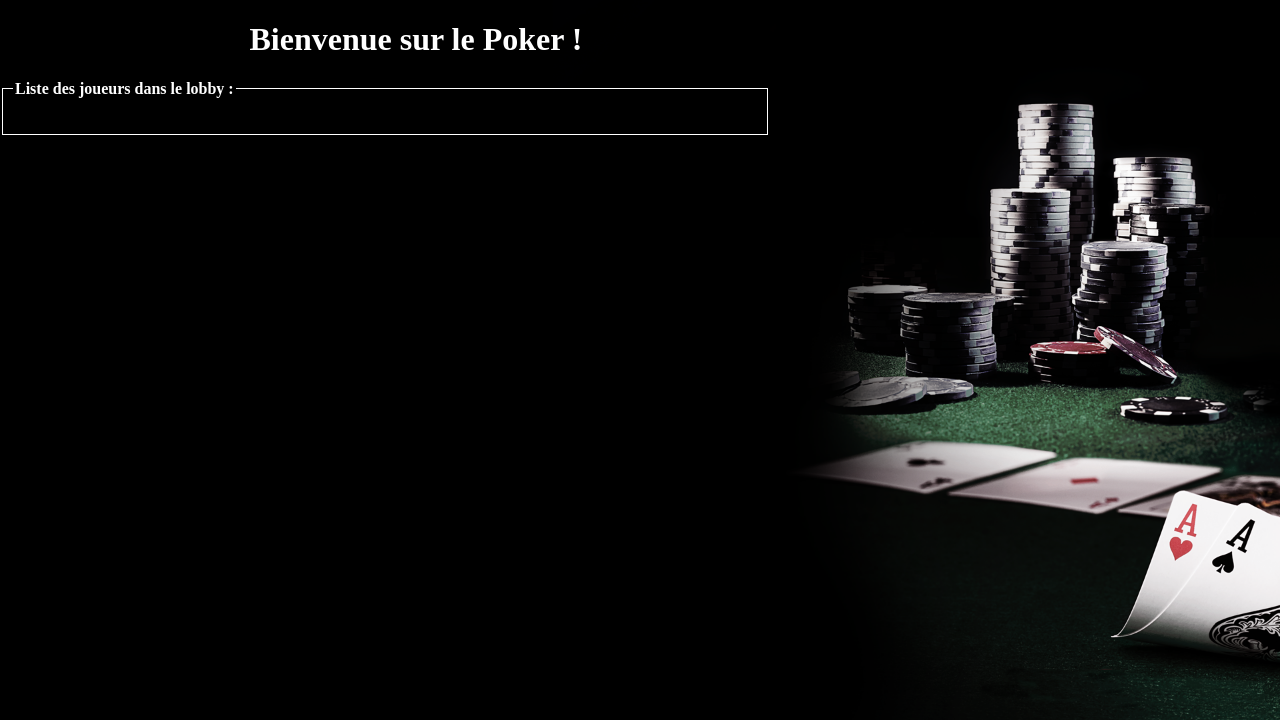
Repository: alecorguill/pfa
Page: http://localhost/neoblik/lobby?game=Poker
An editor plug-in stored every save of this project. The page is shown before and after the next save, followed by the edit.
The browser window is 1280 px wide. The pictures show the whole page.
The page is served by Tomcat 9.

Above is the page before, as saved 2017-02-23 17:58:20.

After the next save:
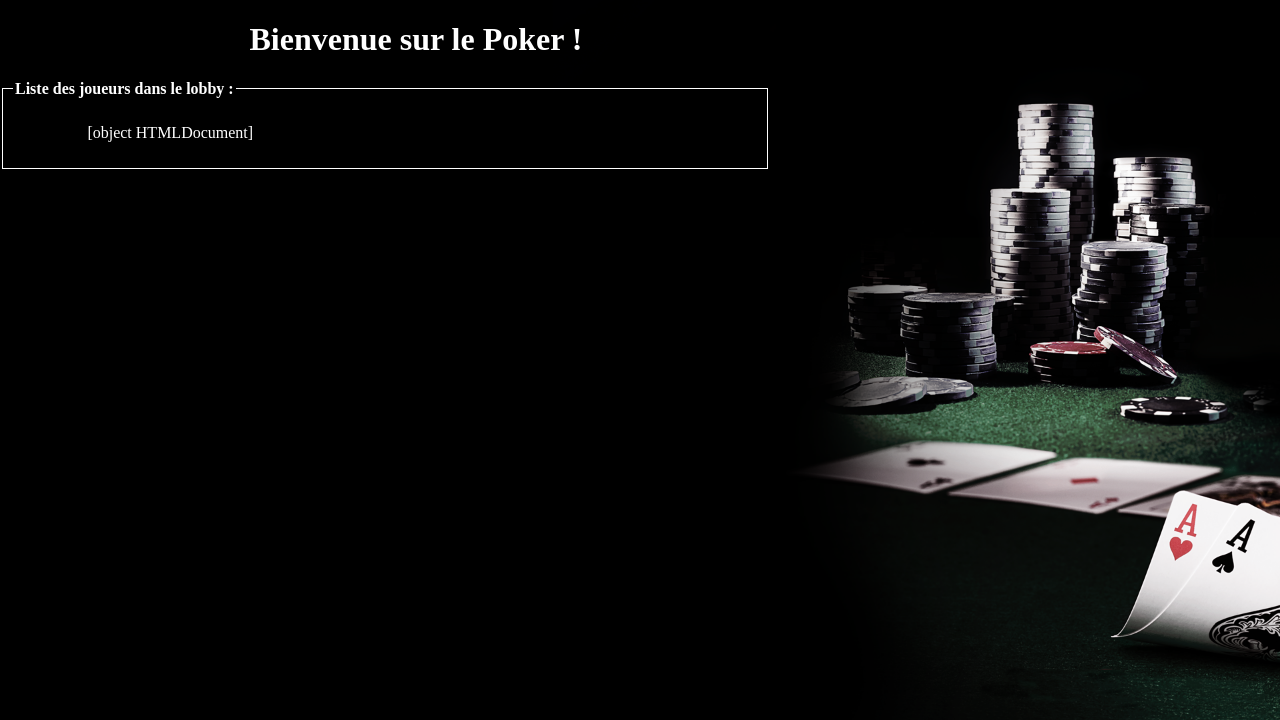
Saved 60 s later.
--- a/neoblik/neoblik/WebContent/WEB-INF/lobby.jsp
+++ b/neoblik/neoblik/WebContent/WEB-INF/lobby.jsp
@@ -29,8 +29,7 @@
 
 	        if (xhr.readyState === XMLHttpRequest.DONE && xhr.status === 200) { // Si le fichier est chargé sans erreur
 
-	        	console.log(xhr.reponseXML);
-	            document = xhr.response;
+	            document.getElementById('player_list').innerHTML = xhr.response;
 
 
 	        }

After the 2 saves that followed:
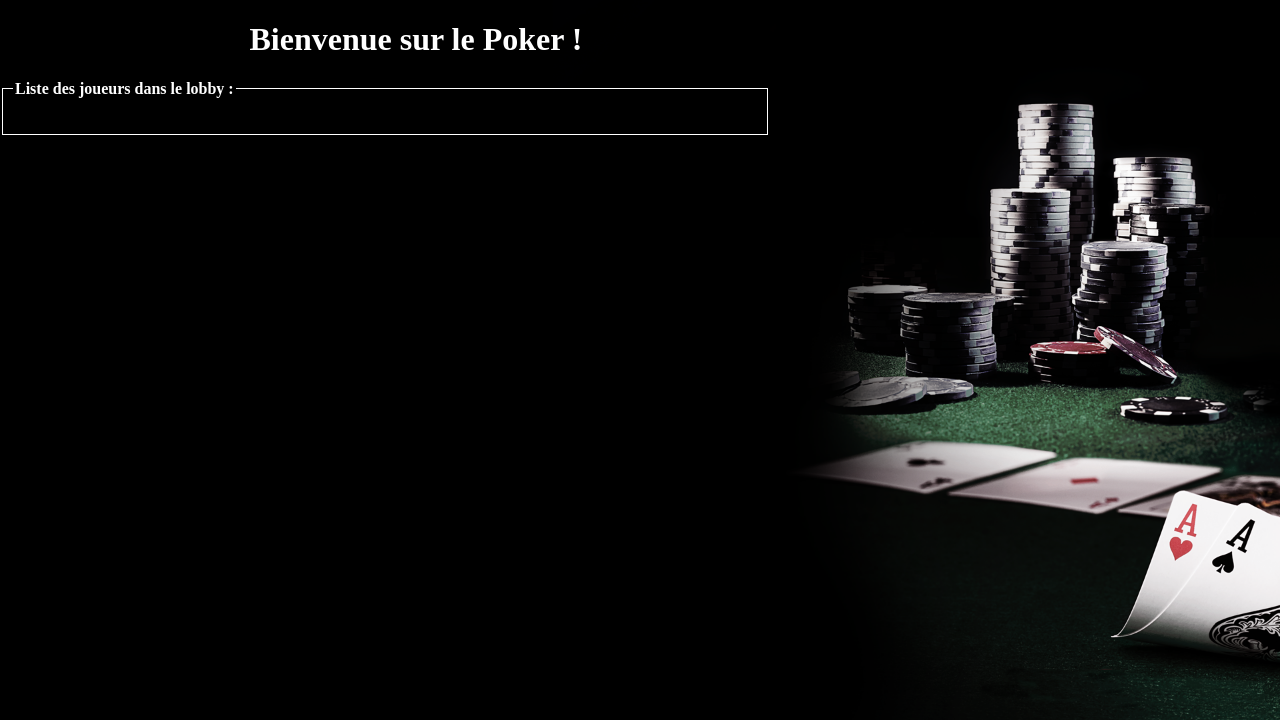
Console error (its wording comes from the project's code and is left out).
The 2 saves are shown as one change because 1 left the picture as it was.
The last was saved 80 s later.
--- a/neoblik/neoblik/WebContent/WEB-INF/lobby.jsp
+++ b/neoblik/neoblik/WebContent/WEB-INF/lobby.jsp
@@ -29,7 +29,7 @@
 
 	        if (xhr.readyState === XMLHttpRequest.DONE && xhr.status === 200) { // Si le fichier est chargé sans erreur
 
-	            document.getElementById('player_list').innerHTML = xhr.response;
+	            document.getElementById('player_list').innerHTML = xhr.responseText;
 
 
 	        }
--- a/neoblik/neoblik/src/neoblik/Lobby.java
+++ b/neoblik/neoblik/src/neoblik/Lobby.java
@@ -24,8 +24,6 @@
 
 		String game = (String) request.getParameter("game");
     	request.setAttribute("game", game);
-    	response.setContentType("text/xml");
-    	response.setHeader("Cache-Control", "no-cache");
 		this.getServletContext().getRequestDispatcher( VUE ).forward( request, response );
 	}
 
